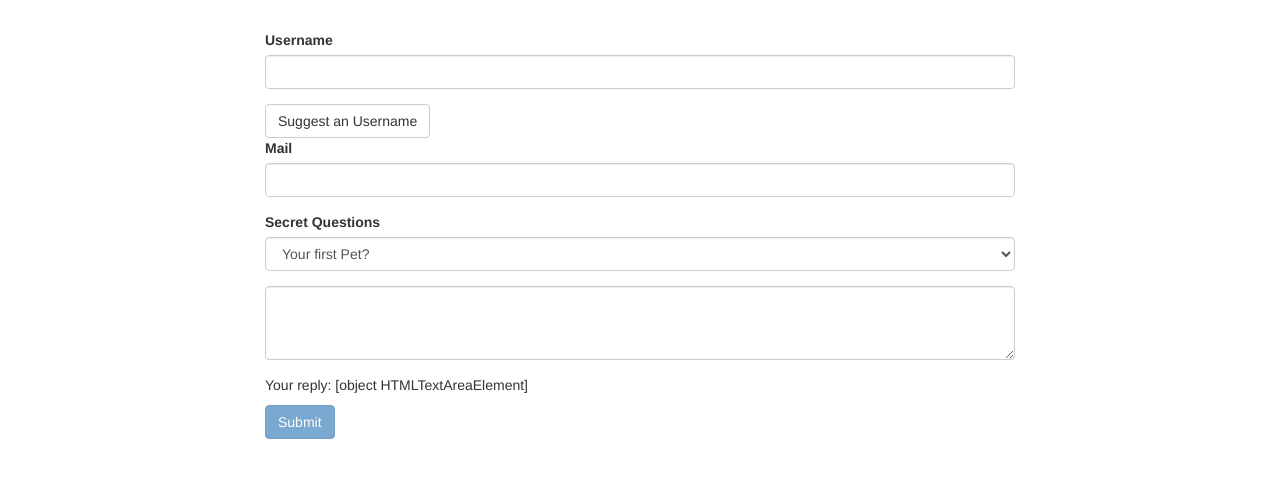
Repository: NikitasX/AngularCourse
Page: / (app in forms-start/)
The author's editor kept a copy of each file at every save. The page is drawn from the files as they stood at one save, then again after a run of saves.
The browser window is 1280 px wide. The pictures show the whole page.
The project was rebuilt for these pictures with package versions that can differ from the ones it lists, and the page was loaded fresh each time. Also part of the build but not shown: forms-start/angular.json.

Above is the page before, as saved 2020-09-25 15:47:14.

### forms-start/src/app/app.component.ts
import { Component, ViewChild } from '@angular/core';
import { NgForm } from '@angular/forms';

@Component({
  selector: 'app-root',
  templateUrl: './app.component.html',
  styleUrls: ['./app.component.css']
})
export class AppComponent {
@ViewChild('f') signupForm:NgForm;
defaultQuestion = 'pet';
answer = '';

  suggestUserName() {
    const suggestedName = 'Superuser';
  }

  // onSubmit(form: NgForm) {
  //   console.log(form);
  // }

  onSubmit() {
    console.log(this.signupForm);
  }
}

### forms-start/src/app/app.component.html
<div class="container">
  <div class="row">
    <div class="col-xs-12 col-sm-10 col-md-8 col-sm-offset-1 col-md-offset-2">
      <form (ngSubmit)="onSubmit()" #f="ngForm">
        <div id="user-data">
          <div class="form-group">
            <label for="username">Username</label>
            <input
              type="text"
              id="username"
              class="form-control"
              ngModel
              name="username"
              required>
          </div>
          <button class="btn btn-default" type="button">Suggest an Username</button>
          <div class="form-group">
            <label for="email">Mail</label>
            <input
              type="email"
              id="email"
              class="form-control"
              ngModel
              name="email"
              required
              email
              #email="ngModel">
             <span
              class="help-block"
              *ngIf="!email.valid && email.touched">
                Please enter a valid email!
              </span>
          </div>
        </div>
        <div class="form-group">
          <label for="secret">Secret Questions</label>
          <select
            id="secret"
            class="form-control"
            [ngModel]="defaultQuestion"
            name="secret">
            <option value="pet">Your first Pet?</option>
            <option value="teacher">Your first teacher?</option>
          </select>
        </div>
        <div class="form-group">
          <textarea
          class="form-control"
          name="questionAnswer"
          rows="3"
          ngModel
          #answer></textarea>
        </div>
        <p>Your reply: {{ answer }}</p>
        <button
          class="btn btn-primary"
          type="submit"
          [disabled]="!f.valid">Submit</button>
      </form>
    </div>
  </div>
</div>

Loaded but not shown: forms-start/src/index.html (common file); forms-start/src/styles.css (common file); forms-start/src/main.ts (common file); forms-start/src/app/app.module.ts (common file); forms-start/src/environments/environment.ts (common file); forms-start/src/app/app.component.css (common file)

After the next 7 saves:
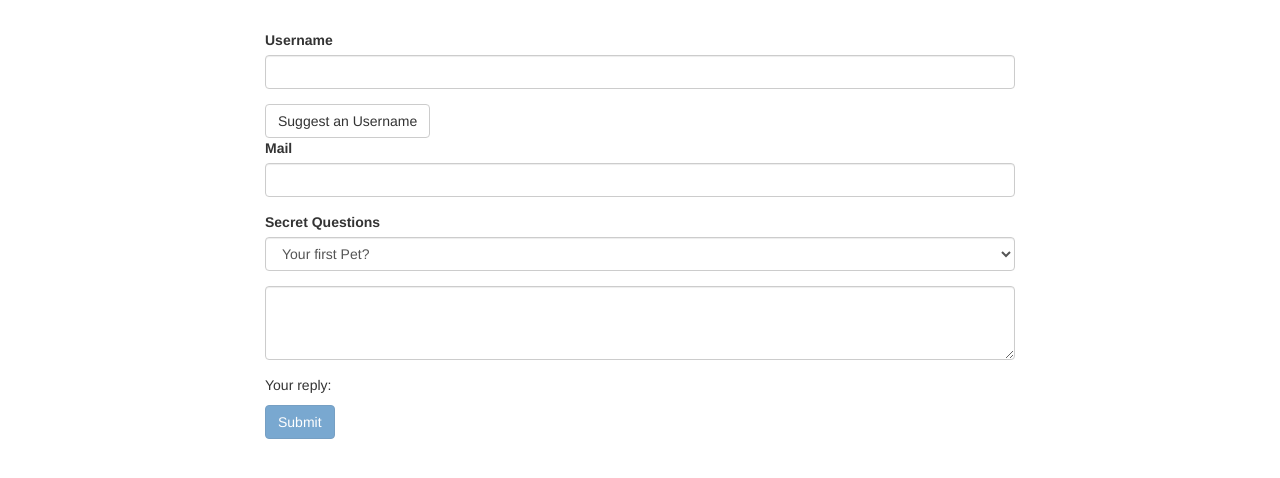
The 7 saves are shown as one change because 1 did not build or start and some came seconds apart.
The last was saved 37 s later.
--- a/forms-start/src/app/app.component.html
+++ b/forms-start/src/app/app.component.html
@@ -48,8 +48,7 @@
           class="form-control"
           name="questionAnswer"
           rows="3"
-          ngModel
-          #answer></textarea>
+          [(ngModel)]="answer"></textarea>
         </div>
         <p>Your reply: {{ answer }}</p>
         <button
